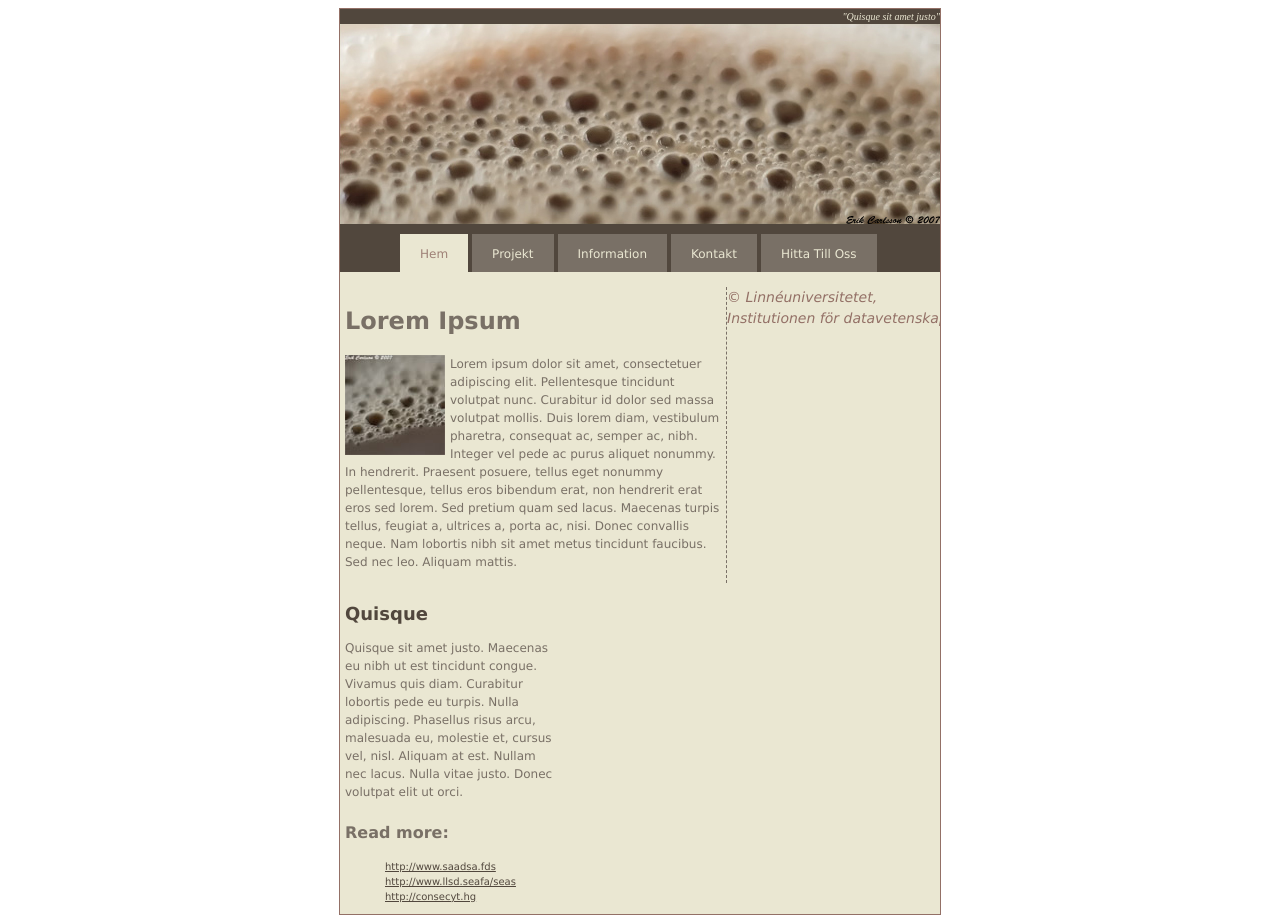
Repository: mh223ja/1ik415-js223mi-Uppgift-3-3
Page: index.html
The author's editor kept a record of every edit. The page is drawn from the files as they stood at one moment, then again after the next edit.
The browser window is 1280 px wide. The pictures show the whole page.

Above is the page before.

### index.html
<!doctype html>
<html lang="sv">

<head>
	<meta charset="utf-8" />
	<title>Lorem Ipsum</title>

	<link rel="stylesheet" href="css/basic.css" />
</head>

<body>

	<div id="container">
		<div id="topbar">
			"Quisque sit amet justo"
		</div>

		<div id="menu">

			<a href="#maincontent">Skip navigation</a>

			<ul>
				<li class="active"><a href="#">hem</a></li>
				<li><a href="#">projekt</a></li>
				<li><a href="#">information</a></li>
				<li><a href="#">kontakt</a></li>
				<li><a href="#">hitta till oss</a></li>
			</ul>
		</div>
		<div id="content">
			<div id="maincontent">
				<h1>Lorem Ipsum</h1>

				<img src="pics/info.jpg" alt="Bubblande kaffe" />
				<p>Lorem ipsum dolor sit amet, consectetuer adipiscing elit. Pellentesque tincidunt volutpat nunc. Curabitur id dolor sed massa volutpat mollis. Duis lorem diam, vestibulum pharetra, consequat ac, semper ac, nibh. Integer vel pede ac purus aliquet nonummy. In hendrerit. Praesent posuere, tellus eget nonummy pellentesque, tellus eros bibendum erat, non hendrerit erat eros sed lorem. Sed pretium quam sed lacus. Maecenas turpis tellus, feugiat a, ultrices a, porta ac, nisi. Donec convallis neque. Nam lobortis nibh sit amet metus tincidunt faucibus. Sed nec leo. Aliquam mattis.</p>
			</div>

			<div id="subcontent">

				<h1>Quisque</h1>
				<p>Quisque sit amet justo. Maecenas eu nibh ut est tincidunt congue. Vivamus quis diam. Curabitur lobortis pede eu turpis. Nulla adipiscing. Phasellus risus arcu, malesuada eu, molestie et, cursus vel, nisl. Aliquam at est. Nullam nec lacus. Nulla vitae justo. Donec volutpat elit ut orci.</p>

				<h2>Read more:</h2>
					<ul>
						<li><a href="#">http://www.saadsa.fds</a></li>
						<li><a href="#">http://www.llsd.seafa/seas</a></li>
						<li><a href="#">http://consecyt.hg</a></li>
					</ul>

			</div>
			<div id="bottomcontent">&copy; Linnéuniversitetet, Institutionen för datavetenskap</div>
		</div>
	</div>
</body>
</html>

### css/basic.css
/* Denna fil får du editera för att lösa uppgiften. Du får INTE ändra i html-filen. */



#container{
	width: 600px;
	margin: auto;
	border: 1px;
	border-style: solid;
	border-color: #937066;

}
#topbar{
	background-color: #51473d;
	text-align: right;
	color: #eae7d2;
	font-size: 10px;
	padding: 2px 0;
	font-style: italic;
	width: 600px;
	height: auto;
	font: Verdana;


}
#menu{
	background-image: url('pics/coffey.jpg');
	background-repeat: no-repeat;
	background-color: #51473d;
	height: 248px;
}
#content{
	background-color: #eae7d2;
	padding-top: 15px;
	font-family: Verdana, Times New Roman;
	font-size: 12px;
	color: #797066;
	line-height: 1.5;
	overflow: auto;
}
#maincontent{
	width: 63%;
	padding-right: 0.5%;
	border-right: dashed 1px;
	float: left;
	background-color: #EAE7D2;
	margin-left: 0;
	padding-left: 5px;
}

#subcontent{
	width: 35%;
           padding-top: 5px;
           margin-right:0;
           float: left;
           background-color: #EAE7D2;
           font-size: 10px;
           padding-left: 5px;

}

#bottomcontent{
	font-style : italic;
	width: 600px;
	margin-bottom: 10px;
	color: #937066;
	font-size: 14px;
	margin-left: 20px;
}
#maincontent img {
	float: left;
	margin-right: 5px;
}
#subcontent ul {
	list-style: none;


}
#subcontent h1 {
	font-size: 18px;
	color: #51473d;
}
#subcontent h2 {
	font-size: 16px;
	margin-top: 20px;
}
#subcontent p {
	font-size: 12px;
}
#subcontent a {
	color: #51473d;
}
#subcontent a:visited{
	color: #51473d;
}
#menu ul {
	display: inline-block;
	margin-top: 210px;
	margin-left: 20px;
}
#menu li {
	display: inline-block;
	background-color: #797066;
	padding: 10px 20px;
}
#menu a {
	color: #eae7d2;
	text-transform:  capitalize;
	text-decoration: none;
	font-size: 12px;
	font-family: Verdana;
	display: none;
}
#menu li:hover{
	background-color: #9c9084;
}
#menu li a {
	display: inline;
}
.active{
	background-color: #eae7d2 !important;

}
.active a{
	color: #9e8076 !important;

}

After the next edit:
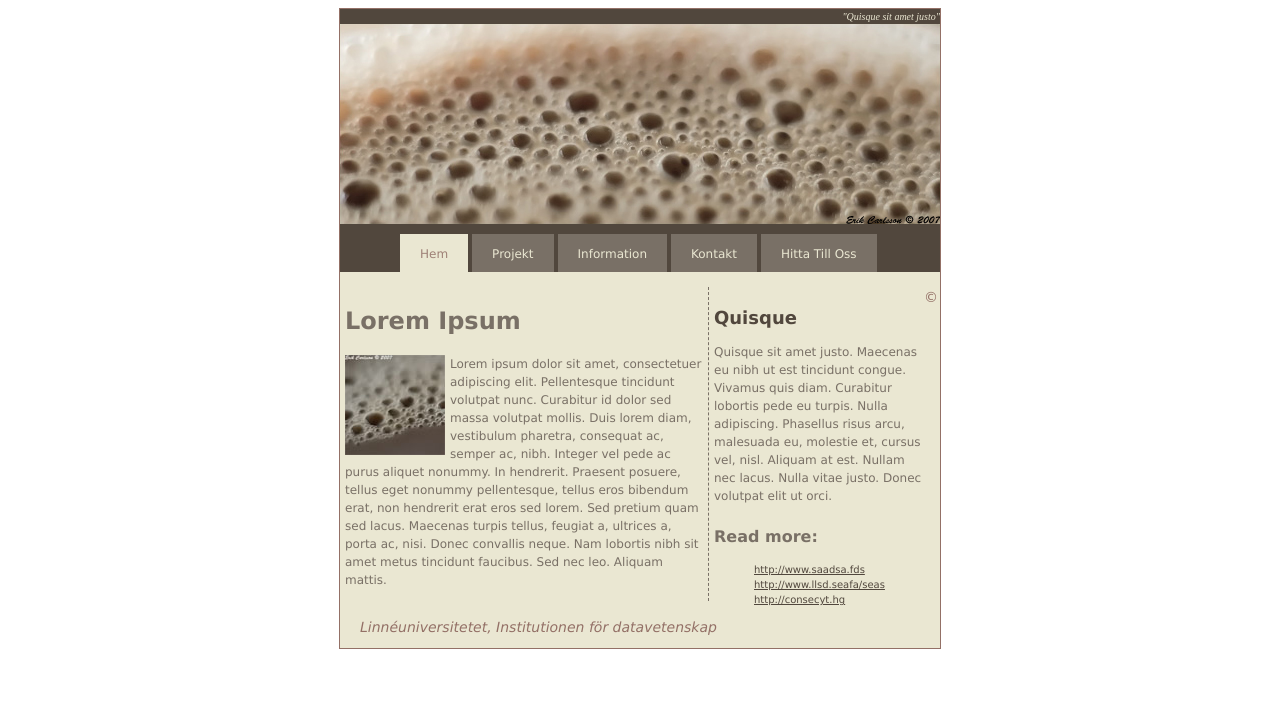
The edit:
--- a/css/basic.css
+++ b/css/basic.css
@@ -39,7 +39,7 @@
 	overflow: auto;
 }
 #maincontent{
-	width: 63%;
+	width: 60%;
 	padding-right: 0.5%;
 	border-right: dashed 1px;
 	float: left;
